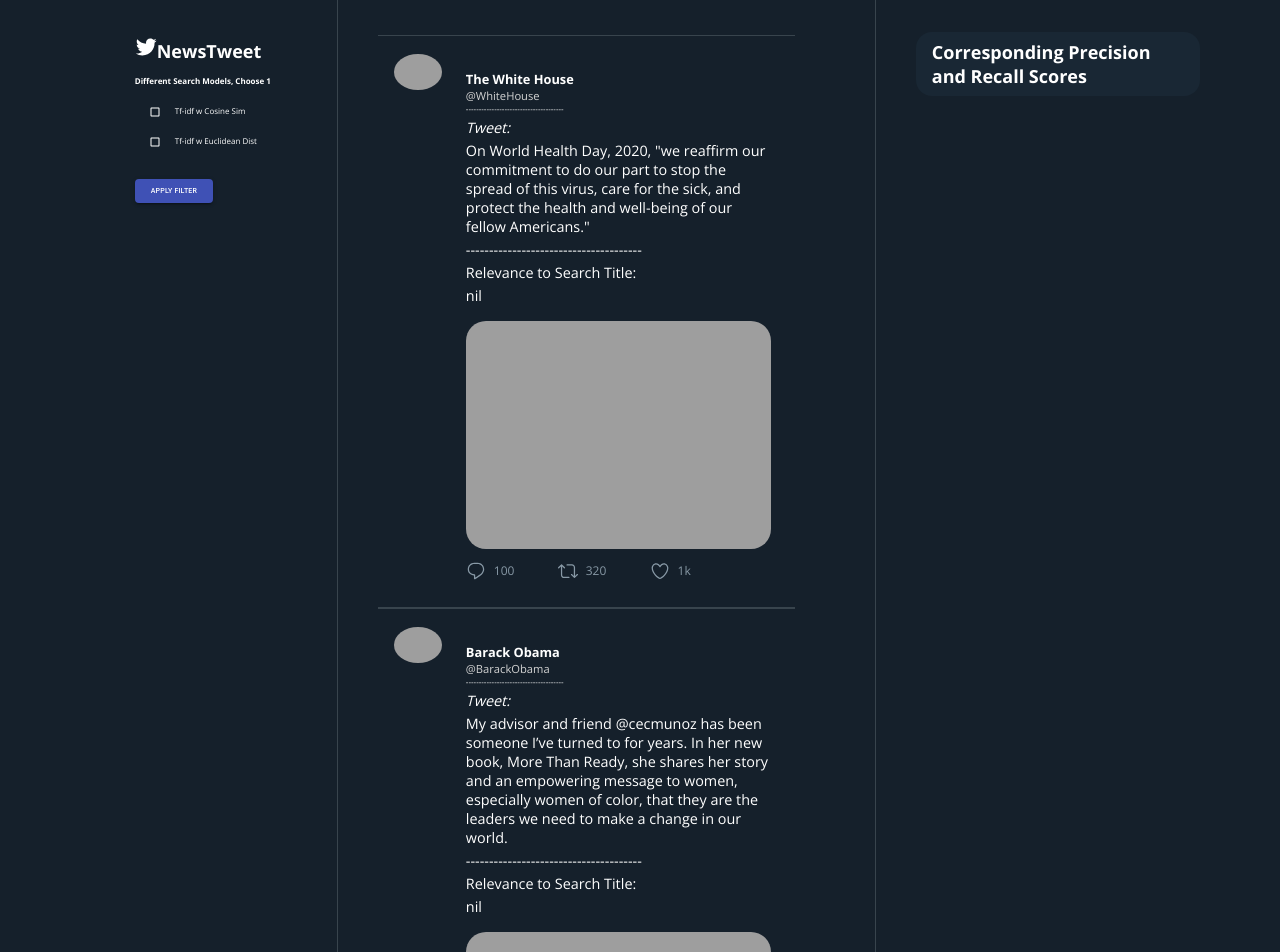
Repository: Dustyik/TwitterAIproj
Page: / (app in FrontEnd/)
An editor plug-in stored every save of this project. The page is shown before and after the next save, followed by the edit.
The browser window is 1280 px wide. The pictures show the part of the page from y = 0 to 952 px (the page is 1821 px tall before and 1772 px after).
Pictures or frames that could not be fetched are drawn as grey boxes. The page's requests for data from a server got no answer. The project was rebuilt for these pictures with package versions that can differ from the ones it lists, and the page was loaded fresh each time. No one was signed in, and anything a server would have sent is missing. Also part of the build but not shown: FrontEnd/src/components/trending/Trend.js, FrontEnd/src/components/trending/TrendsList.js, FrontEnd/src/components/trending/FollowSuggestionCard.js, FrontEnd/src/styles/FollowList.css, FrontEnd/src/components/trending/FollowSuggestionsList.js, FrontEnd/src/components/StatusCard.js, FrontEnd/src/pages/Status.js, FrontEnd/src/components/profile/ProfileHead.js and 3 more.

Above is the page before, as saved 2021-08-03 00:03:43.

After the next save:
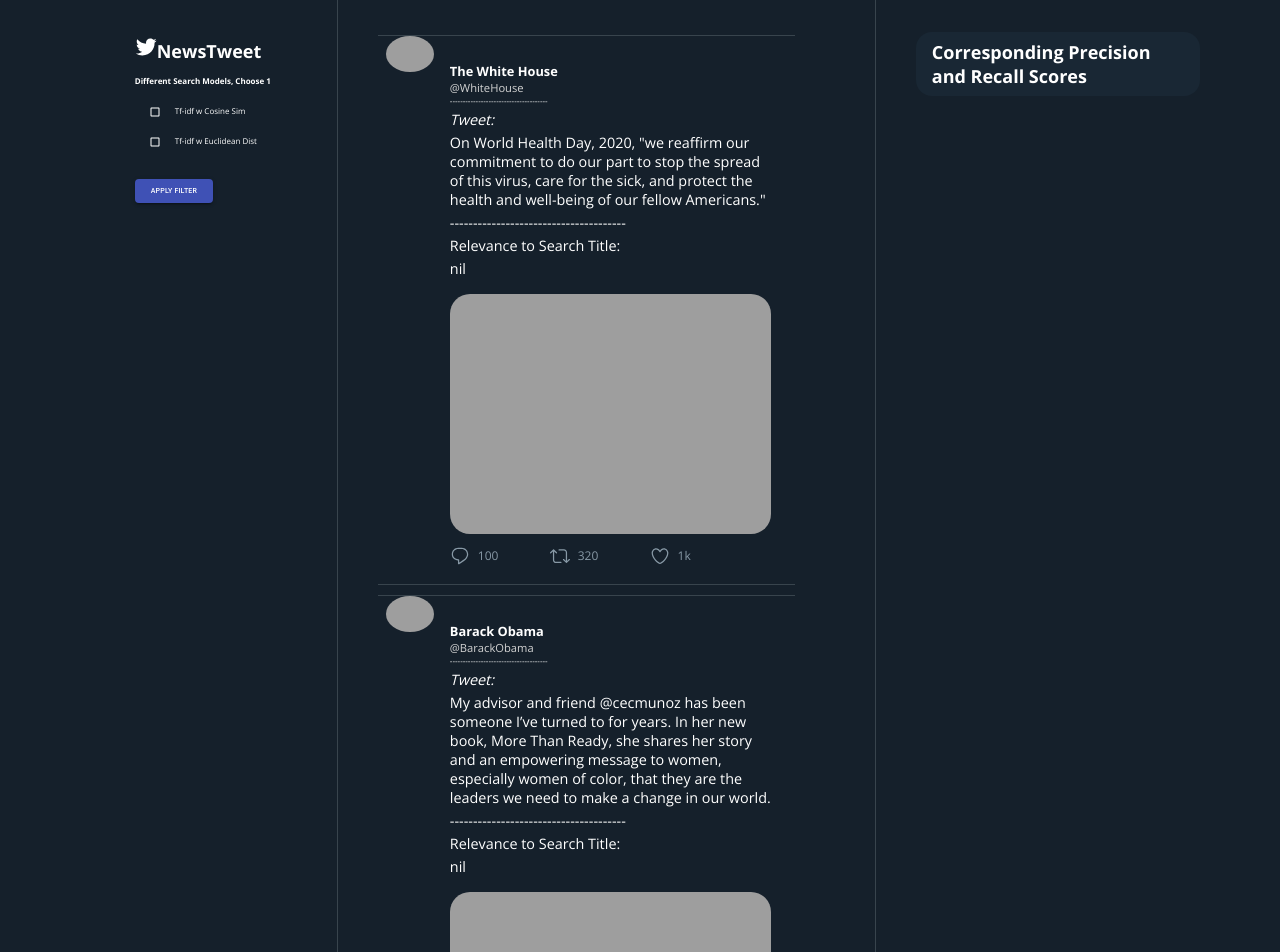
Saved 31 s later.
--- a/FrontEnd/src/styles/TweetCard.css
+++ b/FrontEnd/src/styles/TweetCard.css
@@ -9,8 +9,13 @@
 
 }
 
-.tweet-card .left,
-.right {
+.left,
+ {
+    padding: 0 1rem;
+    margin-top: 10px;
+}
+
+.tweet-card, .right {
     padding: 0 1rem;
     margin-top: 10px;
 }
